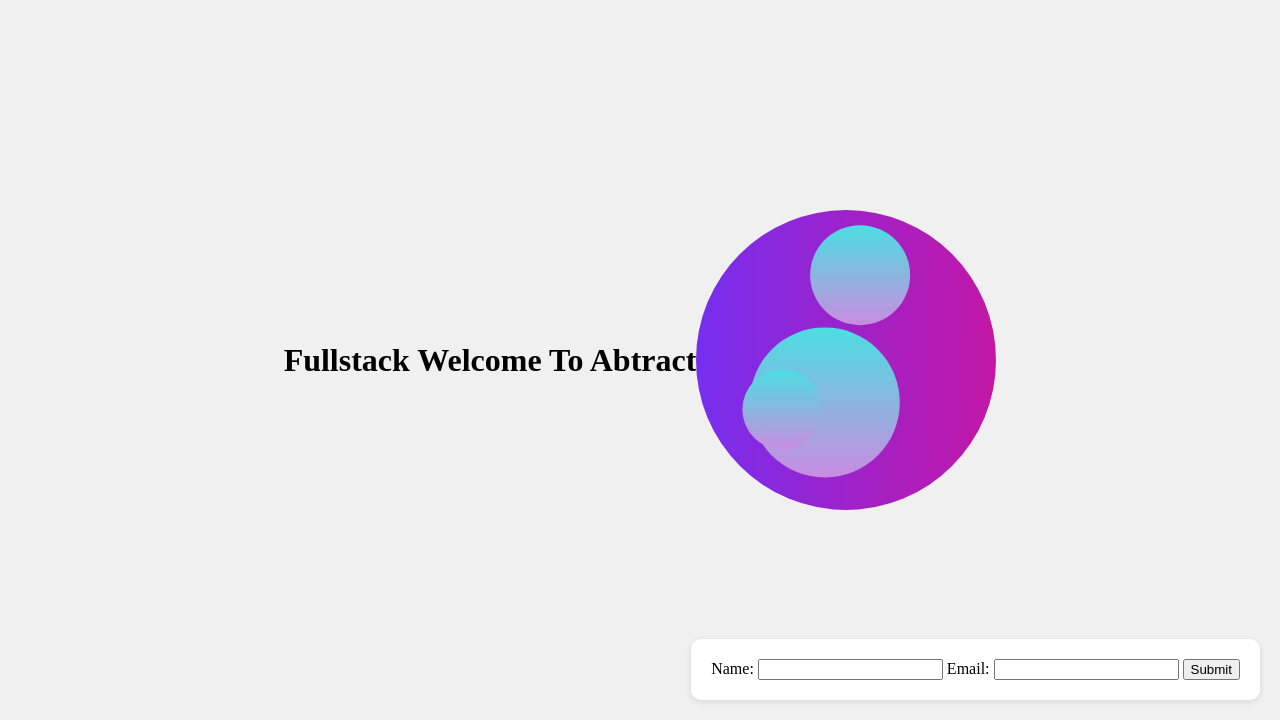
Repository: Melinda-Nanjad-Personal-Website/Personal-web
Page: picasso.html
The author's editor kept a copy of each file at every save. The page is drawn from the files as they stood at one save, then again after the next save.
The browser window is 1280 px wide. The pictures show the whole page.

Above is the page before, as saved 2023-08-18 13:12:04.

After the next save:
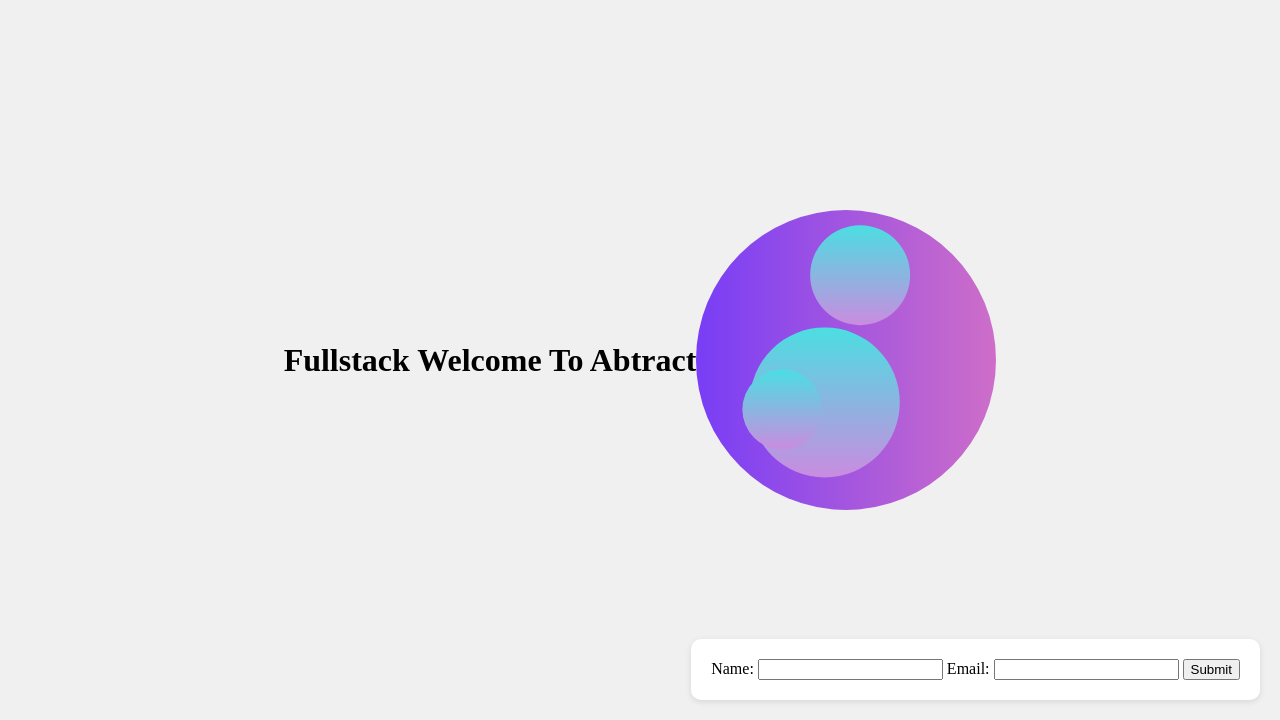
Saved 32 s later.
--- a/picasso.html
+++ b/picasso.html
@@ -39,7 +39,7 @@
           .abstract-painting {
             width: 300px;
             height: 300px;
-            background: linear-gradient(45deg, #6633ff, #d31296);
+            background: linear-gradient(45deg, #6633ff, #e078bf);
             border-radius: 50%;
             position: relative;
             transform: rotate(45deg);
